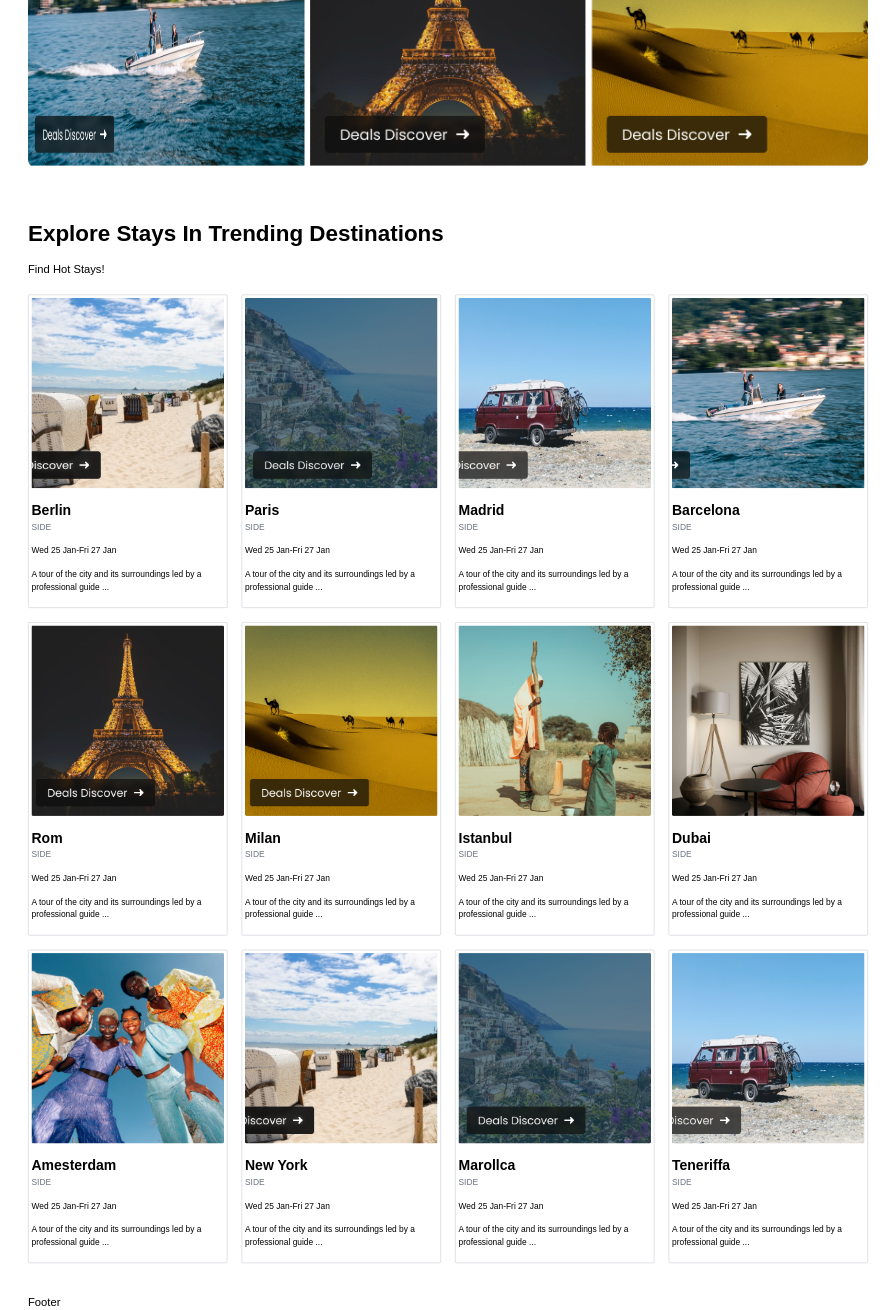
Repository: Quynhhuong150322/DIKO_STUDY_TRAVEL_WEB
Page: /
The author's editor kept a copy of each file at every save. The page is drawn from the files as they stood at one save, then again after the next save.
The browser window is 1280 px wide. The pictures show the part of the page from y = 1272 to 3192 px (the page is 3144 px tall before and 3192 px after), at 70% of full size.
The project was rebuilt for these pictures with package versions that can differ from the ones it lists, and the page was loaded fresh each time. Also part of the build but not shown: src/components/Login.js, src/components/Register.js. Imported but missing from the stored project, and not drawn on this page: src/redux/slices/authSlice.

Above is the page before, as saved 2024-02-23 11:37:29.

### src/index.css
@tailwind base;
@tailwind components;
@tailwind utilities;

@import url("https://fonts.googleapis.com/css2?family=Poppins:wght@100;300;400;500;600&display=swap");

@layer base {
  html {
    font-family: "Poppins", sans-serif;
  }
  * {
    margin: 0;
    padding: 0;
    box-sizing: border-box;
    scroll-behavior: smooth;
    /* background-color: #F9F9F9; */
  }
}

@layer components {
  .max-container {
    max-width: 1260px;
    /* min-height: 100vh; */
    margin: 0 auto;
    padding: 0 30px;
    /* display: flex; */
    /* flex-direction: column; */
    justify-content: space-between;
  }
  .button {
    width: 189px;
    height: 40px;
    border-style: solid;
    border-width: 2px;
    border-color: #07689F;
    color: #07689F;
  }
  .tabMenu {
    width: 121px;
    height: 40px;
    color: #D9D9D9;
    border-style: solid;
    border-width: 2px;
    border-color: #D9D9D9;
    color: #D9D9D9;
    border-radius: 9999px;
  }
  .tabSearch {
    /* max-width: 1190px; */
    height: 56px;
    border-style: solid;
    border-width: 1px;
    border-color: #D9D9D9;
    padding: 0 16px;
    font-size: 12px;
  }

}

### src/App.js
import React from "react";
import Navbar from "./components/Navbar";
import Footer from "./components/Footer";
import AppRoutes from "./routes/AppRoutes";
import { BrowserRouter as Router } from "react-router-dom";

const App = () => {
  return (
    <Router>
      <div className="">
        <div className="max-container">
          <Navbar />
        </div>
        <div>
          <AppRoutes />
        </div>
        <div className="max-container">
          <Footer />
        </div>
      </div>
    </Router>
  );
};

export default App;

### src/redux/store.js
import { configureStore } from "@reduxjs/toolkit";
import authReducer from "./slices/authSlice";

export const store = configureStore({
  reducer: {
    users: authReducer,
  },
});

### src/components/Navbar.js
import React from 'react'
import Logo from '../assets/images/Header/Logo.png'
import EL from '../assets/images/Header/England.png'
import { FaRegQuestionCircle } from "react-icons/fa";
import { LuSearch } from "react-icons/lu";

const MenuData = [
    {
        id: 1,
        name: 'Trip',
    },
    {
        id: 2,
        name: '%Deals',
    },
    {
        id: 3,
        name: 'Hotel',
    },
    {
        id: 4,
        name: 'Flight',
    },
    {
        id: 5,
        name: 'Apartment',
    },
    {
        id: 6,
        name: 'Camper',
    },
]

const Navbar = () => {
    return (
        <div className='bg-neutral py-[24px]'>
            <div className="flex flex-col gap-10">
                {/* Header Section  */}
                <div className='flex gap-2 items-center'>
                    <img src={Logo} alt="" />
                    <div className='flex gap-7 items-center'>
                        <div className="flex gap-1 items-center">
                            <FaRegQuestionCircle className='text-primary' />
                            <img src={EL} alt="" className='w-7 h-7' />
                            {/* Search  */}
                            <div className="relative flex items-center">
                                <input
                                    type="text"
                                    placeholder="search"
                                    className="w-[605px] h-[32px] rounded-sm border border-gray-300 px-2 py-1 focus:outline-none focus:border-1 focus:border-primary"
                                />
                                <LuSearch className="text-gray-500 group-hover:text-primary absolute top-1/2 -translate-y-1/2 right-3 cursor-pointer" />
                            </div>
                        </div>
                        <div className='flex gap-2 items-center'>
                            <button className='button border-primary bg-neutral hover:scale-105 py-2 px-4 rounded-sm'>
                                Sing In
                            </button>
                            <button className='button border-primary bg-neutral hover:scale-105 py-2 px-4 rounded-sm'>
                                Register
                            </button>
                        </div>
                    </div>
                    <div>
                    </div>
                </div>
                {/* Upper Nav  */}
                <div className=''>
                    <div className=' '>
                        <ul className='flex justify-center gap-4'>
                            {
                                MenuData.map((data) => (
                                    <button key={data.id} className='text-pri tabMenu focus:bg-primary focus:text-white focus:font-bold focus:border-primary inline-block hover:text-primary' >
                                        {data.name}
                                    </button>
                                ))
                            }
                        </ul>
                    </div>
                </div>
            </div>
        </div>
    )
}

export default Navbar

### src/routes/AppRoutes.js
import React from "react";
import { Switch, Route } from "react-router-dom";
import Login from "../components/Login";
import Register from "../components/Register";
import Langding from "../pages/LangdingPage/Langding";
const AppRoutes = () => {
  return (
    <div>
      <Switch>
        <Route path="/login">
          <Login />
        </Route>
        <Route path="/register">
          <Register />
        </Route>
        <Route path="/" exact>
          <Langding />
        </Route>
        <Route path="*">
          <div className="">404 not Error...</div>
        </Route>
      </Switch>
    </div>
  );
};

export default AppRoutes;

### src/pages/LangdingPage/Langding.js
import React from 'react'
import Picture from '../../assets/images/LangdingPage/Picture.png'
import { LuHotel } from "react-icons/lu";
import { IoCalendarOutline } from "react-icons/io5";
import { SlArrowDown } from "react-icons/sl";
import { FiUserPlus } from "react-icons/fi";
import Img1 from "../../assets/images/LangdingPage/SpecialOffers/Photo 1.png";
import Img2 from "../../assets/images/LangdingPage/SpecialOffers/Photo 2.png"
import Img3 from "../../assets/images/LangdingPage/SpecialOffers/Photo 3.png"
import Img4 from "../../assets/images/LangdingPage/SpecialOffers/Photo 4.png"
import Img5 from "../../assets/images/LangdingPage/SpecialOffers/Photo 5.png"
import Img6 from "../../assets/images/LangdingPage/SpecialOffers/Photo 6.png"
import Img7 from "../../assets/images/LangdingPage/ExploreStays/Image1.jpg"
import Img8 from "../../assets/images/LangdingPage/ExploreStays/Image2.jpg"
import Img9 from "../../assets/images/LangdingPage/ExploreStays/Image3.jpg"
// import Img10 from "../../assets/images/LangdingPage/SpecialOffers/Photo 6.png"
// import Img11 from "../../assets/images/LangdingPage/SpecialOffers/Photo 6.png"



const BannerImg = {
  backgroundImage: `url(${Picture})`,
  backgroundPosition: "center",
  backgroundRepeat: "no-repeat",
  backgroundSize: "cover",
  height: "394px",
  width: "100%",
};
const ListMenu = [
  {
    id: 1,
    name: "All",
  },
  {
    id: 2,
    name: "Hotels",
  },
  {
    id: 3,
    name: "Flights",
  },
  {
    id: 4,
    name: "Multi",
  }
]

const ListImage = [
  {
    id: 1,
    img: Img1,
  },
  {
    id: 2,
    img: Img2,
  },
  {
    id: 3,
    img: Img3,
  },
  {
    id: 4,
    img: Img4,
  },
  {
    id: 5,
    img: Img5,
  },
  {
    id: 6,
    img: Img6,
  },
]
const ListCard = [
  {
    id: 1,
    img: Img1,
    location: "Berlin",
    side: "SIDE",
    time: "Wed 25 Jan-Fri 27 Jan",
    title: "A tour of the city and its surroundings led by a professional guide ..."
  },
  {
    id: 2,
    img: Img2,
    location: "Paris",
    side: "SIDE",
    time: "Wed 25 Jan-Fri 27 Jan",
    title: "A tour of the city and its surroundings led by a professional guide ..."

  },
  {
    id: 3,
    img: Img3,
    location: "Madrid",
    side: "SIDE",
    time: "Wed 25 Jan-Fri 27 Jan",
    title: "A tour of the city and its surroundings led by a professional guide ..."

  },
  {
    id: 4,
    img: Img4,
    location: "Barcelona",
    side: "SIDE",
    time: "Wed 25 Jan-Fri 27 Jan",
    title: "A tour of the city and its surroundings led by a professional guide ..."

  },
  {
    id: 5,
    img: Img5,
    location: "Rom",
    side: "SIDE",
    time: "Wed 25 Jan-Fri 27 Jan",
    title: "A tour of the city and its surroundings led by a professional guide ..."

  },
  {
    id: 6,
    img: Img6,
    location: "Milan",
    side: "SIDE",
    time: "Wed 25 Jan-Fri 27 Jan",
    title: "A tour of the city and its surroundings led by a professional guide ..."

  },
  {
    id: 7,
    img: Img7,
    location: "Istanbul",
    side: "SIDE",
    time: "Wed 25 Jan-Fri 27 Jan",
    title: "A tour of the city and its surroundings led by a professional guide ..."

  },
  {
    id: 8,
    img: Img8,
    location: "Dubai",
    side: "SIDE",
    time: "Wed 25 Jan-Fri 27 Jan",
    title: "A tour of the city and its surroundings led by a professional guide ..."

  },
  {
    id: 9,
    img: Img9,
    location: "Amesterdam",
    side: "SIDE",
    time: "Wed 25 Jan-Fri 27 Jan",
    title: "A tour of the city and its surroundings led by a professional guide ..."

  },
  {
    id: 10,
    img: Img1,
    location: "New York",
    side: "SIDE",
    time: "Wed 25 Jan-Fri 27 Jan",
    title: "A tour of the city and its surroundings led by a professional guide ..."

  },
  {
    id: 11,
    img: Img2,
    location: "Marollca",
    side: "SIDE",
    time: "Wed 25 Jan-Fri 27 Jan",
    title: "A tour of the city and its surroundings led by a professional guide ..."

  },
  {
    id: 12,
    img: Img3,
    location: "Teneriffa",
    side: "SIDE",
    time: "Wed 25 Jan-Fri 27 Jan",
    title: "A tour of the city and its surroundings led by a professional guide ..."

  },
]

const Langding = () => {
  return (
    <div >
      {/* Discover Trip  */}
      <div className=' background ' style={BannerImg}>
        <div className=' '>
          <h1 className='text-3xl w-1/3 font-bold text-white bg-opacity-0'>
            Discover Your Trip Worldwide !
          </h1>
          <div class="flex flex-row  bg-white">
            <div class="basis-1/4 tabSearch flex gap-9 items-center">
              <LuHotel className='text-primary' size={24} />
              <p className=''>
                Where Are you Going to?
              </p>
            </div>
            <div class="basis-1/4 tabSearch flex gap-6 items-center">
              <IoCalendarOutline size={24} className='text-primary' />
              <p className=''>
                Check In Date
              </p>
              <p className=''>
                Check Out Date
              </p>
            </div>
            <div class="basis-1/3 tabSearch flex gap-8 items-center">
              <FiUserPlus size={24} className='text-primary' />
              <p className=''>
                Adults 2
              </p>
              <p className=''>
                Children 3
              </p>
              <p className=''>
                Room
              </p>
              <SlArrowDown size={24} className='text-primary' />
            </div>
            <div class="basis-1/6  tabSearch bg-primary flex justify-center items-center">
              <p className='font-bold text-white'>Search</p>
            </div>
          </div>
        </div>
      </div>
      {/* Special Offers */}
      <div className='max-container py-6'>
        {/* checkbox  */}
        <div className='flex flex-col gap-6 py-6'>
          <h2 className='text-2xl font-bold'>Special Offers</h2>
          <div className='flex '>
            <div className='flex justify-center items-center gap-2'>
              {
                ListMenu.map((data) => (
                  <><input
                    type="checkbox"
                    className="w-[24px] h-[24px] border border-gray-300 px-2 py-1 focus:outline-none focus:border-1 focus:border-primary" />
                    <label for="checkbox" className='text-base'>{data.name}</label>
                  </>
                ))
              }
            </div>
          </div>
        </div>
        {/* image  */}
        <div>
          <div className='grid grid-cols-3 gap-2'>
            {
              ListImage.map((data) => (
                <img src={data.img} alt="" className='w-full h-full' />
              ))
            }
          </div>
        </div>
      </div>

      {/* Explore Stays In Trending Destinations  */}
      <div className='max-container py-6'>
        <div className='flex flex-col gap-4 py-6'>
          <h2 className='text-2xl font-bold'>Explore Stays In Trending Destinations</h2>
          <p>Find Hot Stays!</p>
        </div>
        {/* ImageCard */}
        <div className='grid grid-cols-4 place-items-center gap-5 '>
          {
            ListCard.map((data) => (
              <div className='flex flex-col border rounded-sm border-gray-300 p-1'>
                <img src={data.img} alt="" className=' h-[272px] w-full object-cover rounded-sm' />
                <div className='flex flex-col gap-4 py-4'>
                  <div className=''>
                    <p className='text-xl font-semibold'>{data.location}</p>
                    <p className='text-sm text-gray-500'>{data.side}</p>
                  </div>
                  <p className='text-sm'>{data.time}</p>
                  <p className='text-sm'>{data.title}</p>
                </div>
              </div>
            ))
          }
          <div className=''>
          </div>
        </div>
      </div>
    </div>
  )
}

export default Langding

### tailwind.config.js
/** @type {import('tailwindcss').Config} */
module.exports = {
  content: ["./src/**/*.{js,jsx,ts,tsx}"],
  theme: {
    extend: {
      colors: {
        primary: "#07689F",
        secondary: "#D9D9D9",
        neutral: "#F9F9F9",
        pri: "#A6A6A6",
      },
      fontSize: {
        sm: '12px',
        base: '16px',
        xl: '20px',
        '2xl': '32px',
        '3xl': '40px',
        '4xl': '44px',
        // '5xl': '3.052rem',
      },
    },
  },
  plugins: [],
};

Loaded but not shown: public/index.html (common file); src/index.js (common file); src/reportWebVitals.js (common file); src/components/Footer.js (common file)

After the next save:
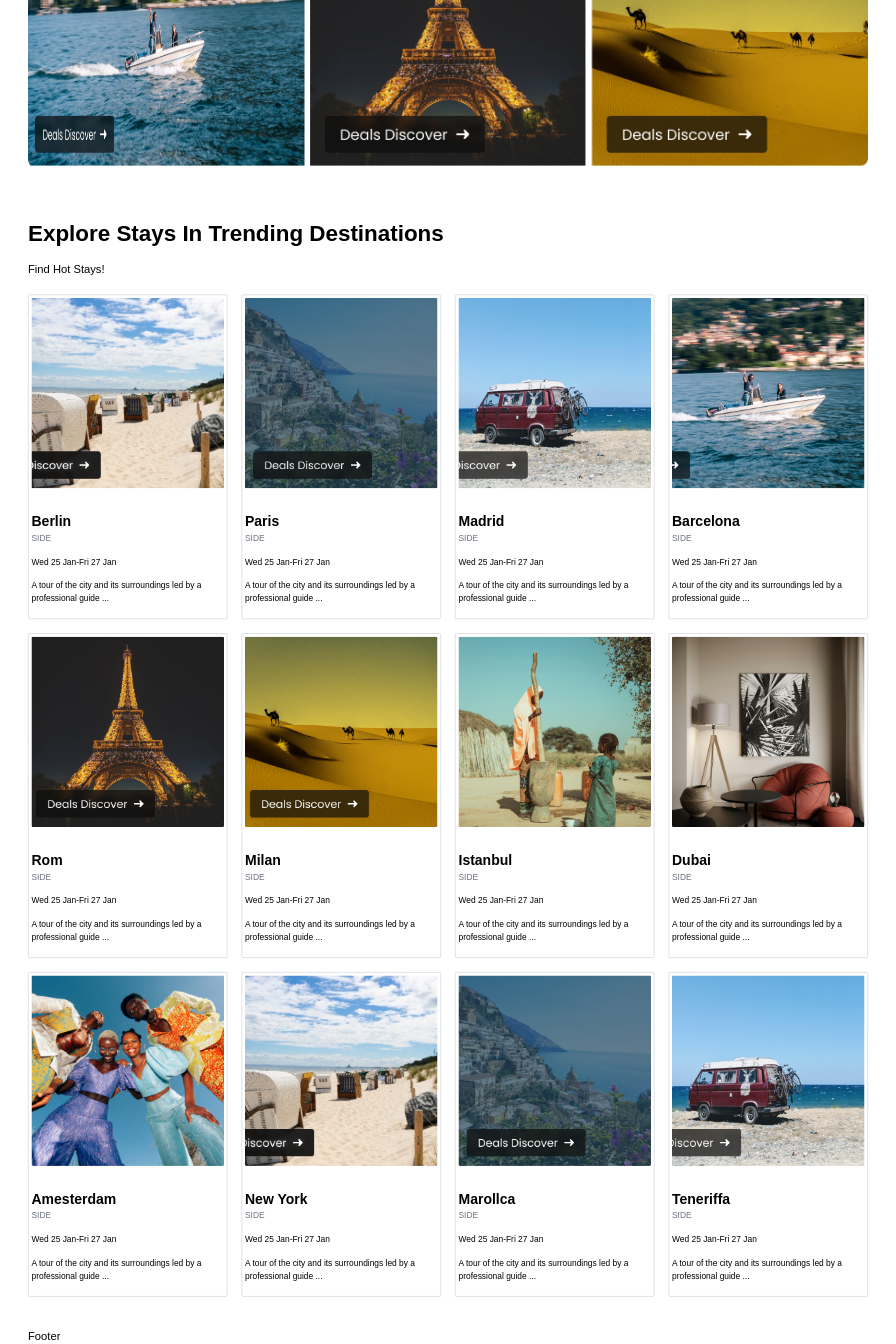
Saved 65 s later.
--- a/src/pages/LangdingPage/Langding.js
+++ b/src/pages/LangdingPage/Langding.js
@@ -266,7 +266,7 @@ const Langding = () => {
         <div className='grid grid-cols-4 place-items-center gap-5 '>
           {
             ListCard.map((data) => (
-              <div className='flex flex-col border rounded-sm border-gray-300 p-1'>
+              <div className='flex flex-col gap-4 border rounded-sm border-gray-300 p-1'>
                 <img src={data.img} alt="" className=' h-[272px] w-full object-cover rounded-sm' />
                 <div className='flex flex-col gap-4 py-4'>
                   <div className=''>
